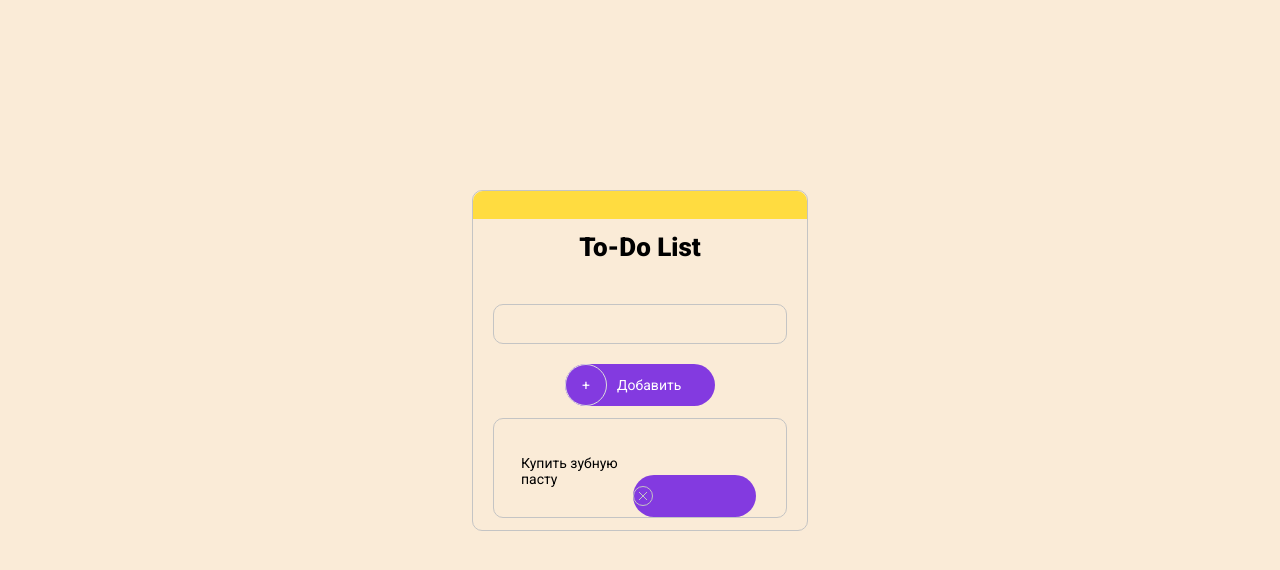
Repository: NatiqSamiyev/To-do-List-js
Page: insex.html
The author's editor kept a copy of each file at every save. The page is drawn from the files as they stood at one save, then again after the next save.
The browser window is 1280 px wide. The pictures show the whole page.
Some web fonts or font styles are not loaded; a fallback is used.

Above is the page before, as saved 2023-10-31 12:06:46.

After the next save:
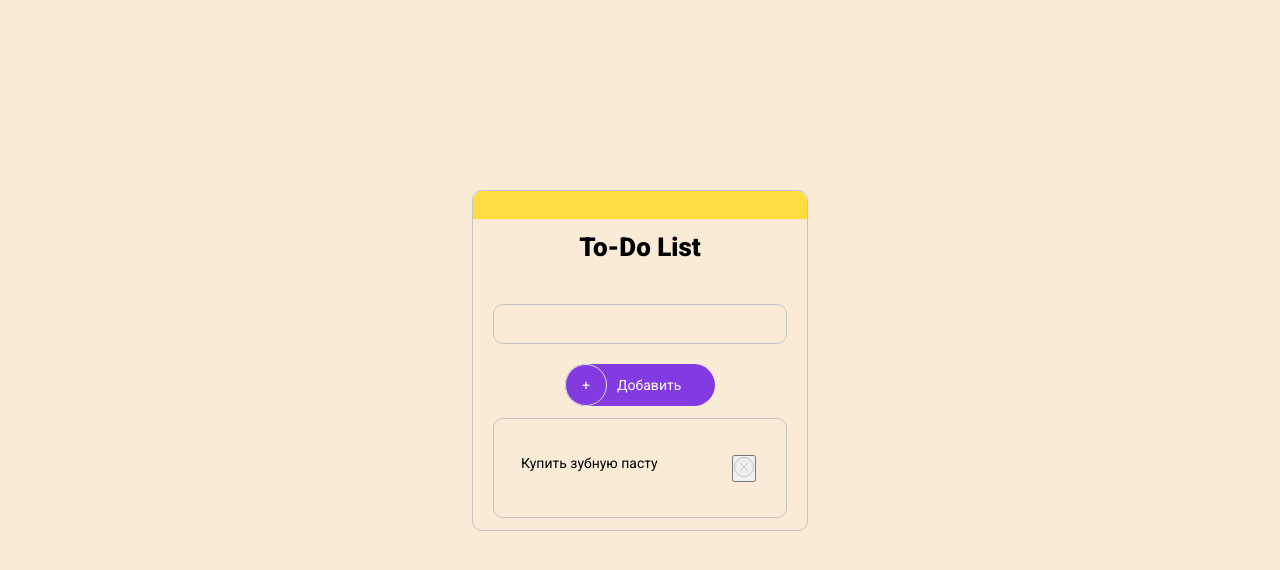
Saved 5 s later.
--- a/index.css
+++ b/index.css
@@ -94,7 +94,7 @@ ul li img {
   height: 20px;
 }
 
-button {
+.submit-btn {
   width: 150px;
   height: 42px;
   margin: auto;
